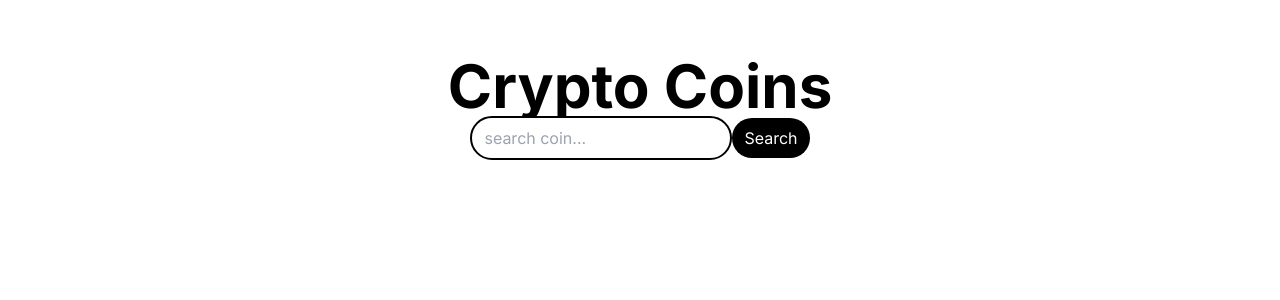
Repository: bittu-Patel/coins
Page: /
These files come from the project's save history. The page is drawn as it stood at one moment and after the next save; the edit follows.
The browser window is 1280 px wide. The pictures show the whole page.
The page's requests for data from a server got no answer. The project was rebuilt for these pictures with package versions that can differ from the ones it lists, and the page was loaded fresh each time. The framework's server and built-in components were replaced by stand-ins that run in the browser. No one was signed in, and anything a server would have sent is missing. Also part of the build but not shown: next.config.js.

Above is the page before, as saved 2023-12-18 16:30:37.

### app/page.js
"use client"

import { useState, useEffect } from "react"
import Coins from "./components/Coins";
import SearchCoins from "./components/SearchCoins";


export default function Home() {
const [coins, SetCoins] = useState([]);

useEffect(() => {
  const getCoins = async () => {
    const response = await fetch('/api/coins');
    const coins = await response.json();
    SetCoins(coins.data.coins);
  }

  getCoins();
  }, []);


  return (
   <div className="text-center">
<h1 className="font-bold text-6xl mt-14 ">Crypto Coins</h1>

<SearchCoins getSearchResults={(results) => SetCoins(results)}  />
<Coins coins={coins} />
   </div>
  )
}

### app/components/Coins.jsx
import Image from "next/image"


export default function Coins({coins}) {
  return (
    <>
    <ul className="grid grid-cols-4 mx-auto max-w-[1260px] gap-12">
{coins.map(coin => (
<li key={coin.uuid} className="flex flex-col gap-4">
    <Image
    src={coin.iconUrl}
    alt={coin.name}
width={70}
height={70}
    priority
    />
    <h3>{coin.name}</h3>
    <p>{coin.symbol}</p>
<p>{coin.price}</p>
</li>
))}
    </ul>
    </>
  )
}

### app/components/SearchCoins.jsx
"use client";
import Link from "next/link";
import { useState } from "react";

export default function SearchCoins({ getSearchResults }) {
  const [query, setQuery] = useState("");

  const handleSubmit = async (e) => {
    e.preventDefault();

    const response = await fetch(`/api/coins/search?query=${query}`);
    const coin = await response.json();

    getSearchResults(coin)
  };
  return (
    <div>
      <form onSubmit={handleSubmit}>
        <input
          className="text-black border-black border-2 rounded-full px-3 py-2 "
          type="text"
          placeholder="search coin... "
          value={query}
          onChange={(e) => setQuery(e.target.value)}
        />
        <button className="bg-black hover:bg-black/60 text-white rounded-full px-3 py-2 " type="submit">Search</button>
      </form>
    </div>
  );
}

Loaded but not shown: app/layout.js (common file); app/globals.css (common file); tailwind.config.js (common file)

After the next save:
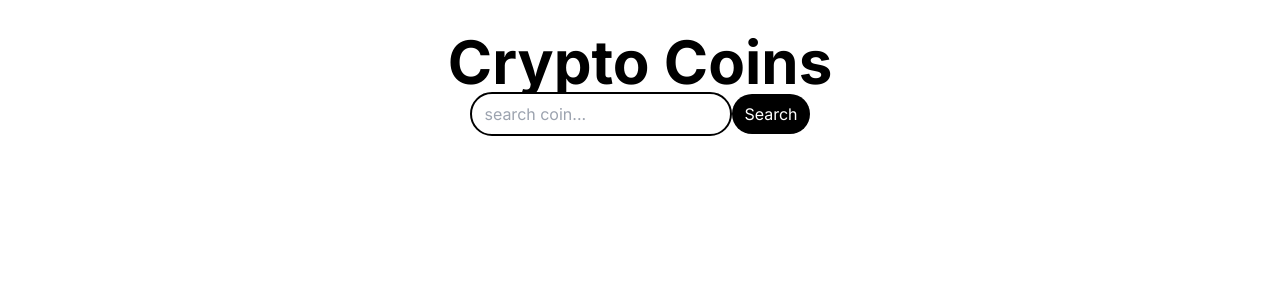
Saved 23 s later.
--- a/app/page.js
+++ b/app/page.js
@@ -21,7 +21,7 @@ useEffect(() => {
 
   return (
    <div className="text-center">
-<h1 className="font-bold text-6xl mt-14 ">Crypto Coins</h1>
+<h1 className="font-bold text-6xl mt-8 ">Crypto Coins</h1>
 
 <SearchCoins getSearchResults={(results) => SetCoins(results)}  />
 <Coins coins={coins} />
